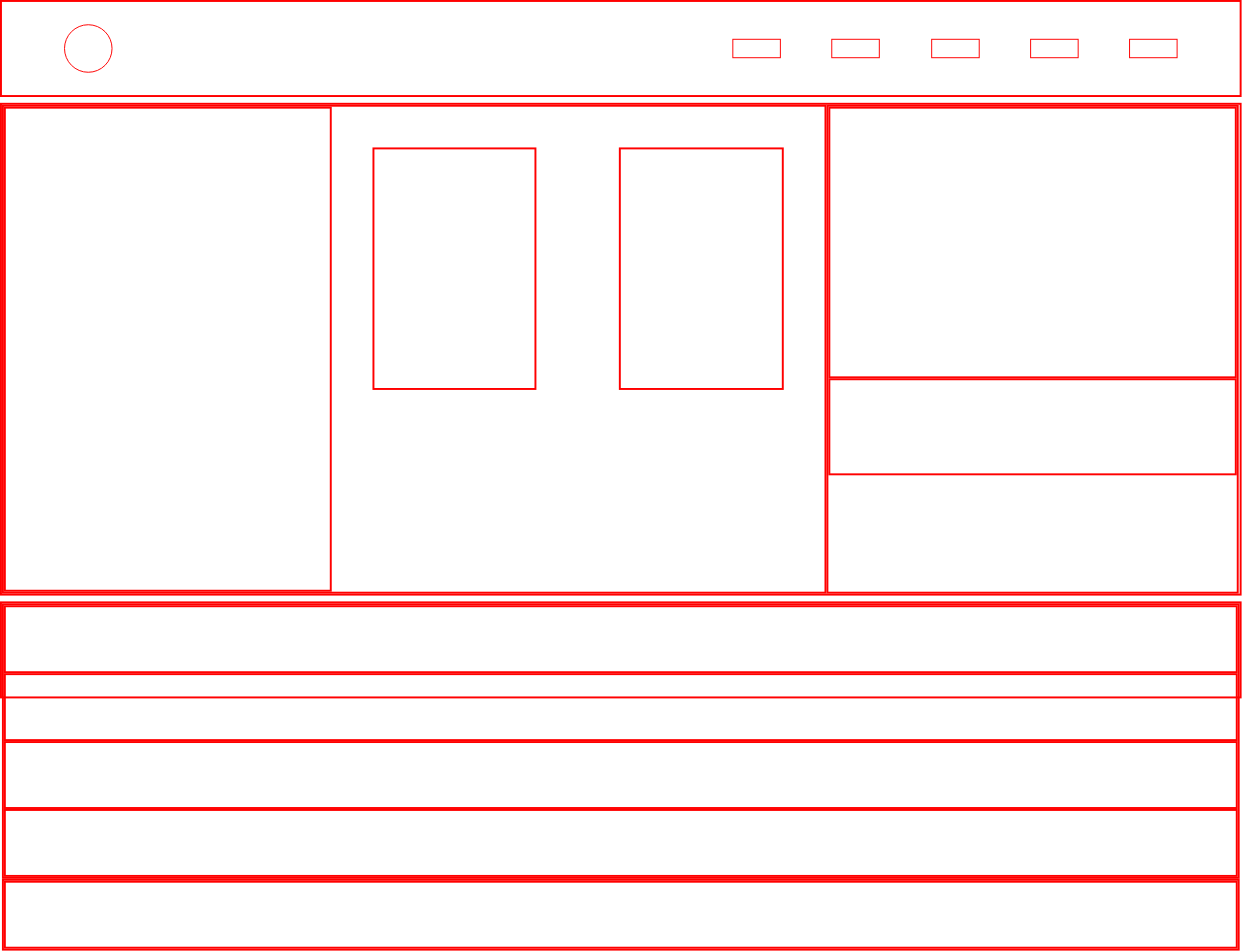
Repository: archangel88/elbrus_homework
Page: phase-0/week-3/day-4/flexbox/index.html
The author's editor kept a copy of each file at every save. The page is drawn from the files as they stood at one save, then again after the next save.
The browser window is 1280 px wide. The pictures show the whole page, at 97% of full size.

Above is the page before, as saved 2025-10-09 23:31:51.

### phase-0/week-3/day-4/flexbox/index.html
<!DOCTYPE html>
<html lang="en">
<head>
    <meta charset="UTF-8">
    <link rel="stylesheet" href="./css/styles.css">
    <title>Flexbox</title>
</head>
<body>
    <div class="flex-container">
        <header>
            <div class="header">
                <div class="logo"></div>
                <nav class="menu">
                    <div class="item1"></div>
                    <div class="item2"></div>
                    <div class="item3"></div>
                    <div class="item4"></div>
                    <div class="item5"></div>
                </nav>
            </div>
        </header>
        <main class="content">
            <div class="left block">
                <div class="block1 block"></div>
                <div class="block2 block"></div>
                <div class="block3 block"></div>
            </div>
            <div class="right block">
                <div class="block1 block"></div>
                <div class="block2 block"></div>
            </div>
        </main>
        <footer class="footer">
            <div class="left block">
                <div class="block1 block"></div>
                <div class="block2 block"></div>
                <div class="block3 block"></div>
                <div class="block4 block"></div>
            </div>
            <div class="right block">
                <div class="block1 block"></div>
            </div>
        </footer>
    </div>
</body>
</html>

### phase-0/week-3/day-4/flexbox/css/styles.css
* {
    margin: 0;
    padding: 0;
    box-sizing: border-box;
}

.flex-container {
    width: 100vw;
    height: 100vh;

    display: flex;
    flex-direction: column;
    justify-content: space-between;
}

header {
    width: 100%;
    height: 100px;
    border: 2px solid rgb(255, 0, 0);

    display: flex;
    justify-content: center;
    align-items: center;
}

.header {
    display: flex;
    align-items: center;
    justify-content: space-between;

    width: 90%;
    height: 80%;
}

.logo {
    width: 50px;
    height: 50px;
    border-radius: 50%;
    border: 1px solid red;
}

.menu {
    display: flex;
    justify-content: space-between;
    width: 40%;
}

.menu > div {
    width: 50px;
    height: 20px;
    border: 1px solid red;
}

.content{
    display: flex;
    border: 2px solid red;
}

.content .block{
    border: 2px solid red;
}

.content .left{
    width: 66.6%;
    display: flex;
}

.content .right{
    width: 33.3%;
}

.content .left .block1{
    height: 500px;
    display: flex;
    width: 66.6%;
}

.content .left .block2, .content .left .block3{
    height: 250px;
    width: 33.3%;
    margin: 5%;
}

.content .right .block1{
    height: 280px;
}

.content .right .block2{
    height: 100px;
}

.block{
    border: 2px solid red;
}

.footer{
    border: 2px solid red;
    height: 100px;
}

.footer .block{
    border: 2px solid red;
}

.footer .left .block1,.block2,.block3,.block4{
    height: 70px;
}

.footer .right .block{
    height: 70px;
}

After the next save:
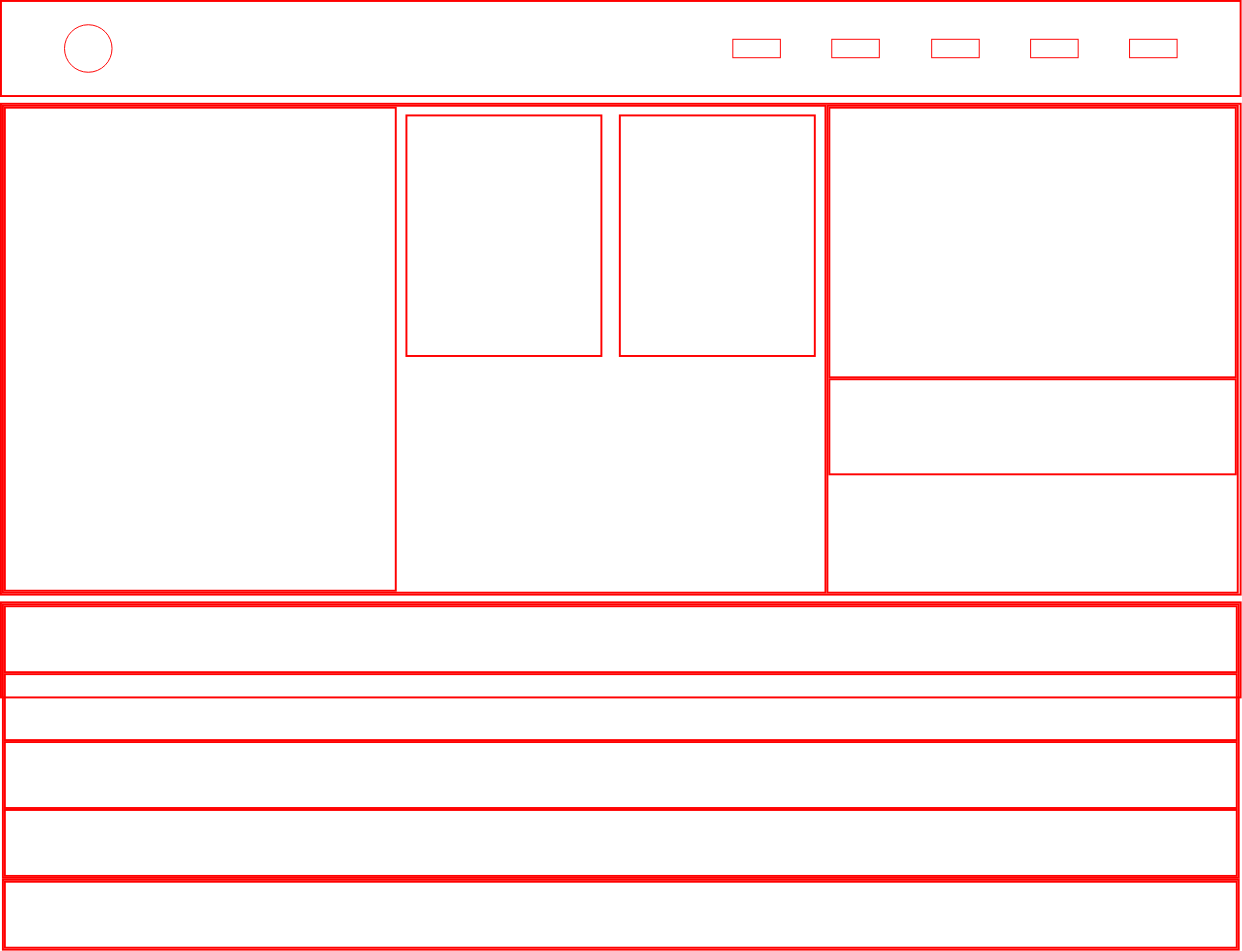
Saved 14 s later.
--- a/phase-0/week-3/day-4/flexbox/css/styles.css
+++ b/phase-0/week-3/day-4/flexbox/css/styles.css
@@ -78,7 +78,7 @@
 .content .left .block2, .content .left .block3{
     height: 250px;
     width: 33.3%;
-    margin: 5%;
+    margin: 1%;
 }
 
 .content .right .block1{

After the save that followed:
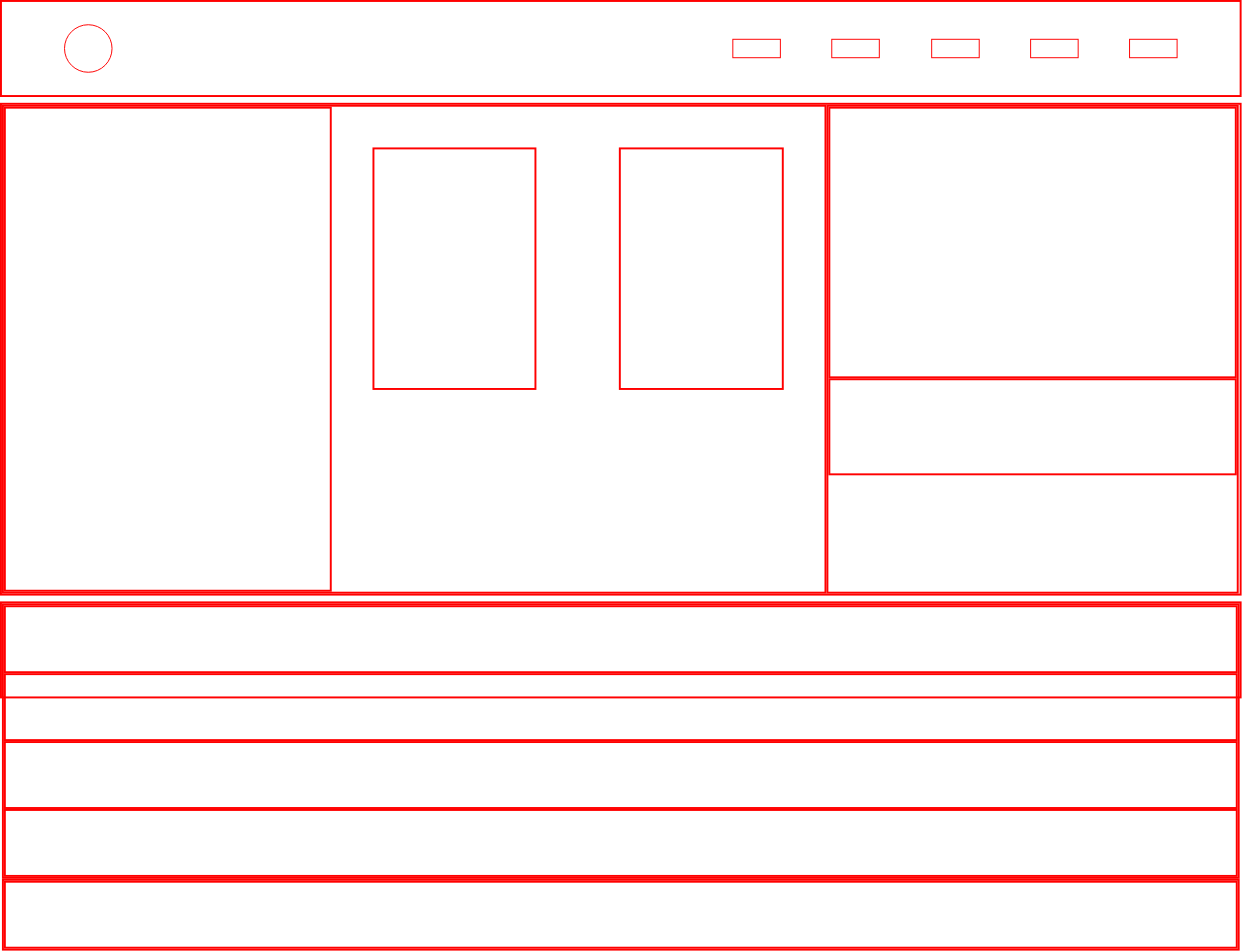
Saved 21 s later.
--- a/phase-0/week-3/day-4/flexbox/css/styles.css
+++ b/phase-0/week-3/day-4/flexbox/css/styles.css
@@ -78,7 +78,7 @@
 .content .left .block2, .content .left .block3{
     height: 250px;
     width: 33.3%;
-    margin: 1%;
+    margin: 5%;
 }
 
 .content .right .block1{
